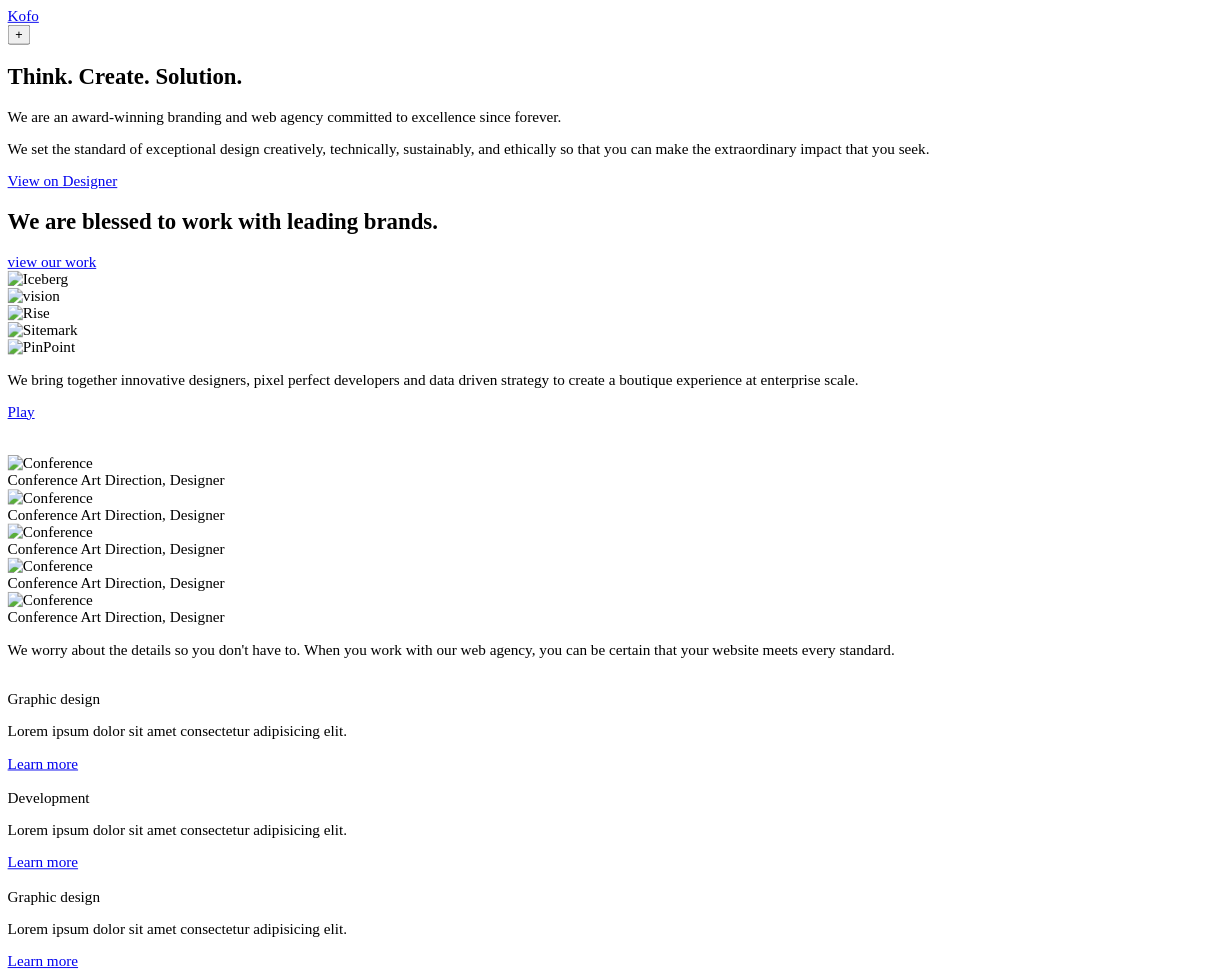
Repository: debthebuilder/kofo
Page: index.html
An editor plug-in stored every save of this project. The page is shown before and after the next save, followed by the edit.
The browser window is 1280 px wide. The pictures show the whole page, at 95% of full size.

Above is the page before, as saved 2022-10-13 11:47:13.

### index.html
<!DOCTYPE html>
<html lang="en">
<head>
    <meta charset="UTF-8">
    <meta http-equiv="X-UA-Compatible" content="IE=edge">
    <meta name="viewport" content="width=device-width, initial-scale=1.0">
    <title>Kofo - Webflow Portfolio template</title>
</head>
<body>
    <!--Fixed Top Navigation Bar-->
    <nav class="fixed-navbar">
        <a href="index.html" class="logo">Kofo</a>
        <div>
            <button>+</button>
        </div>
    </nav>
    <!--Hero Section-->
    <section class="hero">
        <div class="row">
            <div class="col">
                <h1>Think. <span>Create.</span> Solution.</h1>
            </div>
            <div class="col">
                <div>
                    <p>We are an award-winning branding and web agency committed to excellence since forever.</p>
                </div>
                <div>
                    <p>We set the standard of exceptional design creatively, technically, sustainably, and ethically so that you can make the extraordinary impact that you seek.</p>
                    <div>
                        <a href="#">View on Designer</a>
                        <span>
                            <img src="#" alt="" />
                        </span>
                    </div>
                </div>
            </div>
        </div>
    </section>
    <!--Partner Brands-->
    <section>
        <div>
            <h2>We are blessed to work with leading brands.</h2>
            <a href="#">view our work</a>
        </div>
        <div>
            <div class="partner-logo">
                <img src="#" alt="Iceberg" />
            </div>
            <div class="partner-logo">
                <img src="#" alt="vision" />
            </div>
            <div class="partner-logo">
                <img src="#" alt="Rise" />
            </div>
            <div class="partner-logo">
                <img src="#" alt="Sitemark" />
            </div>
            <div class="partner-logo">
                <img src="#" alt="PinPoint" />
            </div>
        </div>
    </section>
    <!--What we do-->
    <section class="about">
        <div class="row">
            <div class="col">
                <p>We bring together innovative designers, pixel perfect developers and data driven strategy to create a boutique experience at enterprise scale.</p>
                <div>
                    <a href="#">Play</a>
                    <div>
                        <img src="" alt="" />
                    </div>
                </div>
            </div>
            <div class="col">
                <div>
                    <img src="" alt="" />
                </div>
            </div>
        </div>
    </section>
    <!--Portfolio-->
    <section class="portfolio">
        <div class="grid">
            <div class="portfolio-item">
                <div class="">
                    <img src="" alt="Conference" />
                </div>
                <div class="absolute">
                    <div class="flex-items">
                        <span class="item-title">Conference</span>
                        <span class="item-tags">Art Direction, Designer</span>
                    </div>
                </div>
            </div>
            <div class="portfolio-item">
                <div class="">
                    <img src="" alt="Conference" />
                </div>
                <div class="absolute">
                    <div class="flex-items">
                        <span class="item-title">Conference</span>
                        <span class="item-tags">Art Direction, Designer</span>
                    </div>
                </div>
            </div>
            <div class="portfolio-item">
                <div class="">
                    <img src="" alt="Conference" />
                </div>
                <div class="absolute">
                    <div class="flex-items">
                        <span class="item-title">Conference</span>
                        <span class="item-tags">Art Direction, Designer</span>
                    </div>
                </div>
            </div>
            <div class="portfolio-item">
                <div class="">
                    <img src="" alt="Conference" />
                </div>
                <div class="absolute">
                    <div class="flex-items">
                        <span class="item-title">Conference</span>
                        <span class="item-tags">Art Direction, Designer</span>
                    </div>
                </div>
            </div>
            <div class="portfolio-item">
                <div class="">
                    <img src="" alt="Conference" />
                </div>
                <div class="absolute">
                    <div class="flex-items">
                        <span class="item-title">Conference</span>
                        <span class="item-tags">Art Direction, Designer</span>
                    </div>
                </div>
            </div>
        </div>
    </section>
    <!--Services-->
    <section>
        <p>We worry about the details so you don't have to. When you work with our web agency, you can be certain that your website meets every standard.</p>
        <div class="services">
            <div class="service-card">
                <div class="service-icon">
                    <img src="" alt="" />
                </div>
                <div class="service-details">
                    <div class="service-title">Graphic design</div>
                    <p class="service-intro">Lorem ipsum dolor sit amet consectetur adipisicing elit.</p>
                    <a href="about.html" class="service-link">Learn more</a>
                </div>
            </div>
            <div class="service-card">
                <div class="service-icon">
                    <img src="" alt="" />
                </div>
                <div class="service-details">
                    <div class="service-title">Development</div>
                    <p class="service-intro">Lorem ipsum dolor sit amet consectetur adipisicing elit.</p>
                    <a href="about.html" class="service-link">Learn more</a>
                </div>
            </div>
            <div class="service-card">
                <div class="service-icon">
                    <img src="" alt="" />
                </div>
                <div class="service-details">
                    <div class="service-title">Graphic design</div>
                    <p class="service-intro">Lorem ipsum dolor sit amet consectetur adipisicing elit.</p>
                    <a href="about.html" class="service-link">Learn more</a>
                </div>
            </div>
        </div>
    </section>
    <!--Testimonial-->
    <!--Fun Facts-->
    <!--Latest Blog Posts-->
    <!--Newsletter-->
    <!--Footer-->
</body>
</html>

After the next save:
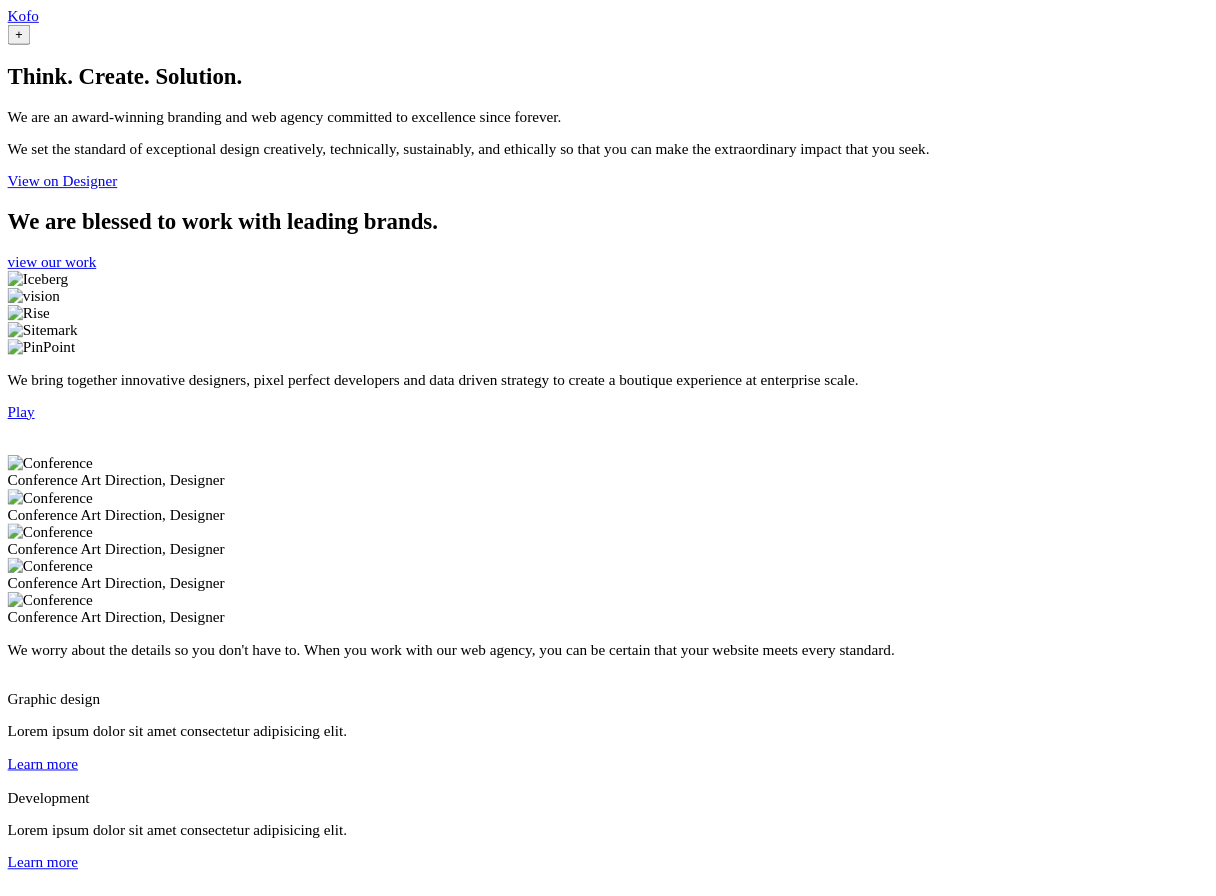
Saved 10 s later.
--- a/index.html
+++ b/index.html
@@ -167,11 +167,6 @@
                 <div class="service-icon">
                     <img src="" alt="" />
                 </div>
-                <div class="service-details">
-                    <div class="service-title">Graphic design</div>
-                    <p class="service-intro">Lorem ipsum dolor sit amet consectetur adipisicing elit.</p>
-                    <a href="about.html" class="service-link">Learn more</a>
-                </div>
             </div>
         </div>
     </section>
